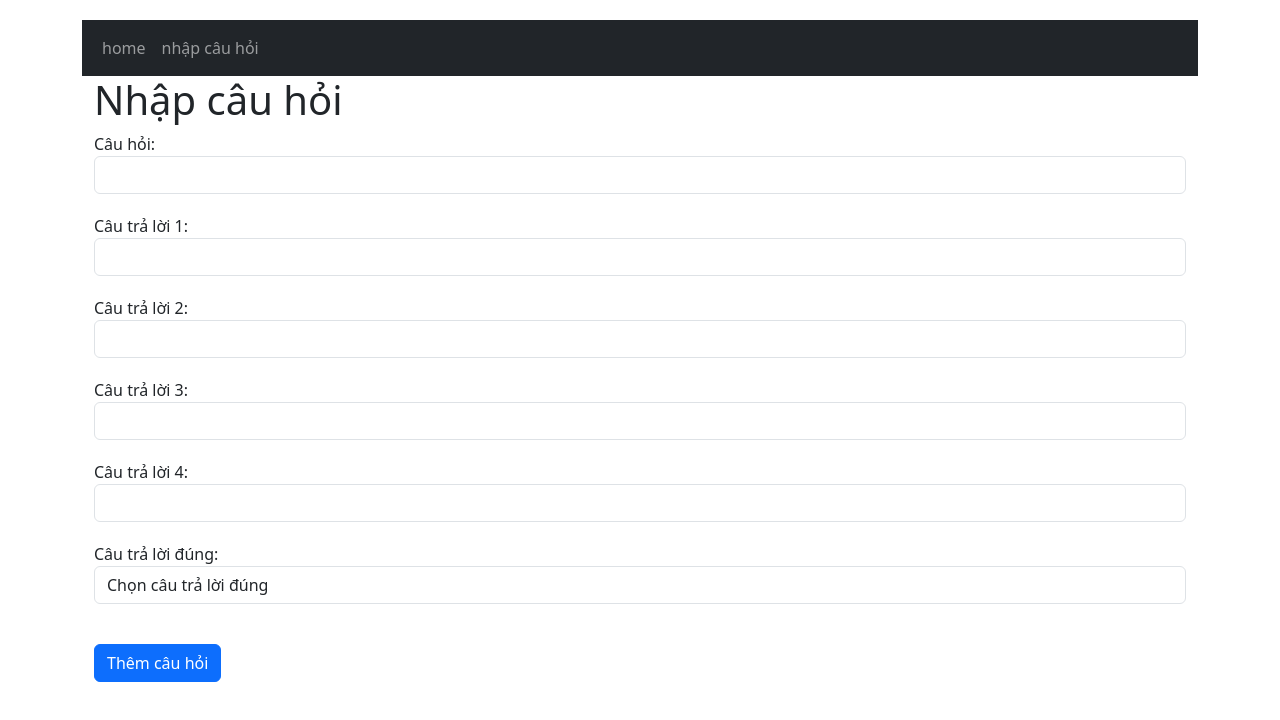
Repository: tran-thien-nhan/quiz_tlln
Page: nhap_cau_hoi.html
These files come from the project's save history. The page is drawn as it stood at one moment and after the next save; the edit follows.
The browser window is 1280 px wide. The pictures show the whole page.

Above is the page before, as saved 2023-06-25 10:57:48.

After the next save:
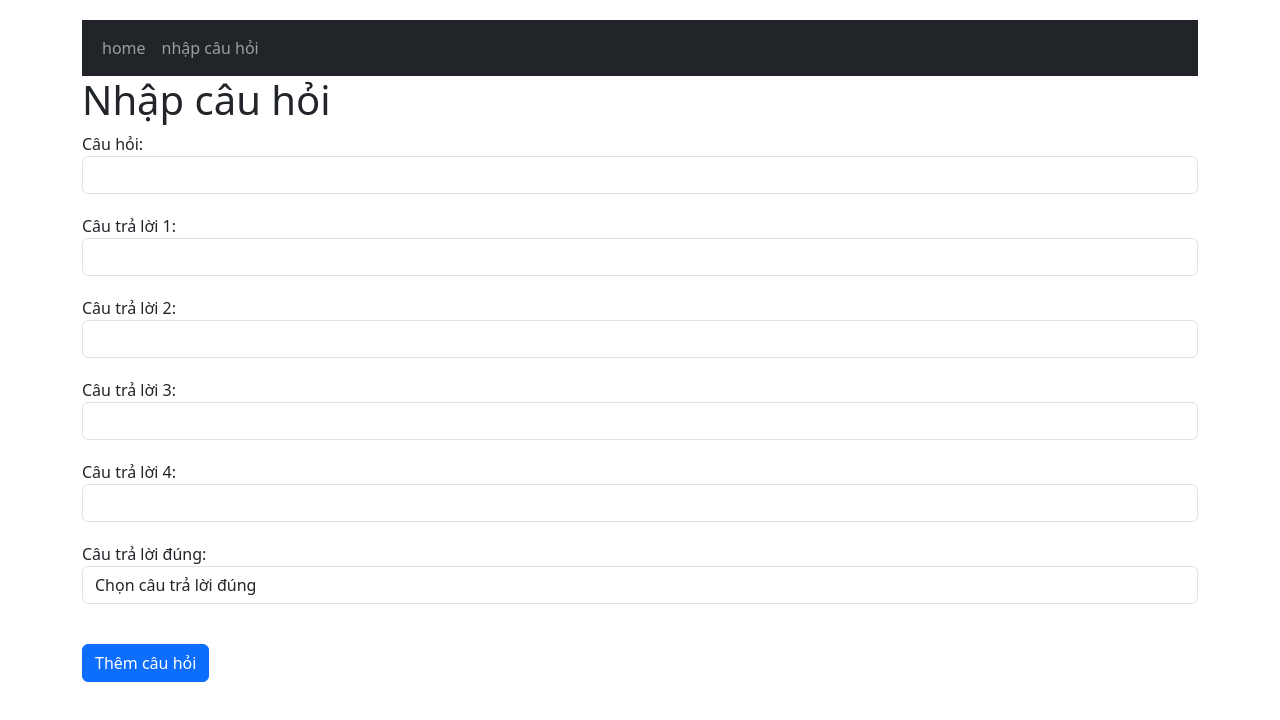
Saved 26 s later.
--- a/nhap_cau_hoi.html
+++ b/nhap_cau_hoi.html
@@ -22,21 +22,21 @@
     </style>
 </head>
 
-<body class="container">
-    <nav class="navbar navbar-expand-sm bg-dark navbar-dark">
-        <div class="container-fluid">
-            <!-- Links -->
-            <ul class="navbar-nav">
-                <li class="nav-item">
-                    <a class="nav-link" href="index.html">home</a>
-                </li>
-                <li class="nav-item">
-                    <a class="nav-link" href="nhap_cau_hoi.html">nhập câu hỏi</a>
-                </li>
-            </ul>
-        </div>
-    </nav>
+<body>
     <div class="container">
+        <nav class="navbar navbar-expand-sm bg-dark navbar-dark">
+            <div class="container-fluid">
+                <!-- Links -->
+                <ul class="navbar-nav">
+                    <li class="nav-item">
+                        <a class="nav-link" href="index.html">home</a>
+                    </li>
+                    <li class="nav-item">
+                        <a class="nav-link" href="nhap_cau_hoi.html">nhập câu hỏi</a>
+                    </li>
+                </ul>
+            </div>
+        </nav>
         <h1>Nhập câu hỏi</h1>
         <form id="question-form">
             <div class="form-group">
